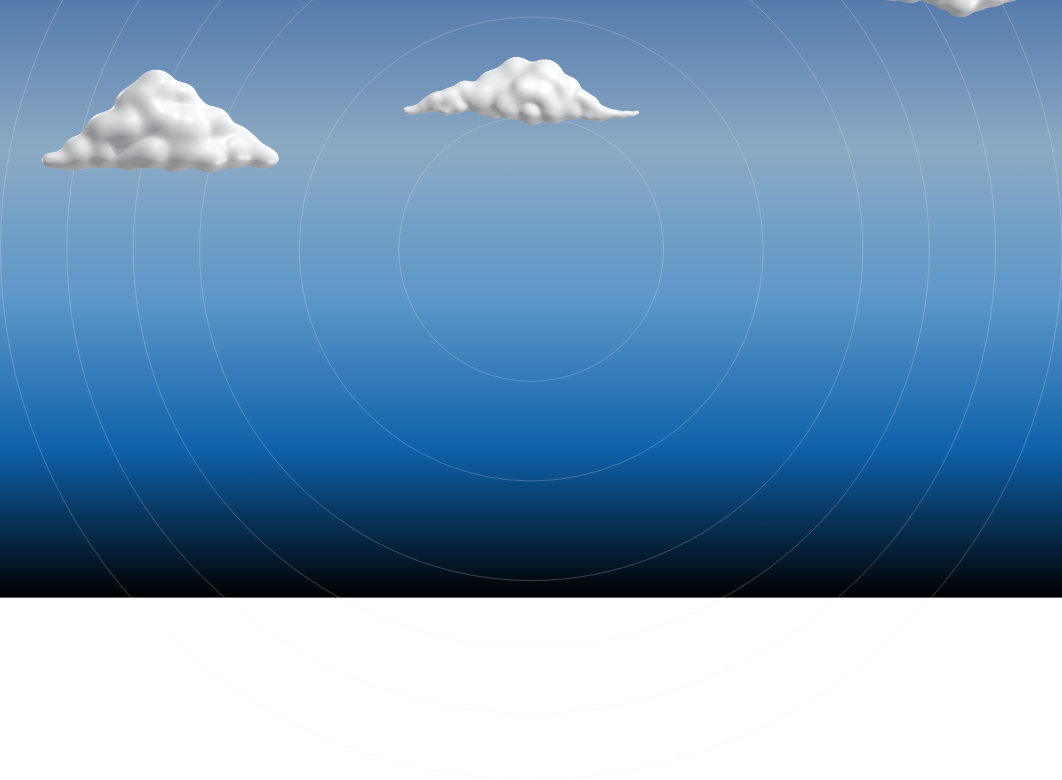
Repository: GG1627/2d-portfolio
Page: /
These files come from the project's save history. The page is drawn as it stood at one moment and after the next save; the edit follows.
The browser window is 1280 px wide. The pictures show the whole page, at 83% of full size.
The project was rebuilt for these pictures with package versions that can differ from the ones it lists, and the page was loaded fresh each time. The framework's server and built-in components were replaced by stand-ins that run in the browser. Also part of the build but not shown: next.config.ts.

Above is the page before, as saved 2025-01-07 15:26:04.

### app/page.tsx
import Image from "next/image";
import { Hero } from "./components/ui/Hero";

export default function Home() {
  return (
    <div>
      <Hero />
    </div>
  );
}

### app/components/ui/Hero.tsx
"use client";
import Image from "next/image";
import profilepic from "../assets/profilepic.png";
import { TypeAnimation } from "react-type-animation";
import React, { useRef } from "react";
import ParallaxClouds from "./Clouds";

export const Hero = () => {
  const parallaxRef = useRef<HTMLDivElement>(null); // Keeps it flexible

  return (
    <div
      style={{
        background:
          "linear-gradient(180deg, #557BAD, #8BAAC4, #5D97C9, #0F62AB, #000)",
      }}
      className="overflow-x-clip min-h-screen pt-12 flex items-center justify-center"
    >
      <ParallaxClouds />
    </div>
  );
};

### app/components/ui/Clouds.tsx
import React, { useEffect, useState } from "react";
import Cloud1 from "../../assets/cloud1.png";
import Cloud2 from "../../assets/cloud2.png";
import Cloud3 from "../../assets/cloud3.png";
import Cloud4 from "../../assets/cloud4.png";
import Cloud5 from "../../assets/cloud5.png";
import Image from "next/image";
import { Circles } from "./Circles";

const ParallaxClouds = () => {
  const [mousePosition, setMousePosition] = useState({ x: 0, y: 0 });
  const [cloudsPosition, setCloudsPosition] = useState({
    cloud1: { x: 0, y: 0 },
    cloud2: { x: 0, y: 0 },
    cloud3: { x: 0, y: 0 },
    cloud4: { x: 0, y: 0 },
    cloud5: { x: 0, y: 0 },
  });

  // Track mouse position
  const handleMouseMove = (e: MouseEvent) => {
    const { clientX, clientY } = e;
    setMousePosition({ x: clientX, y: clientY });
  };

  // Calculate cloud positions based on mouse position
  useEffect(() => {
    const updateCloudPositions = () => {
      setCloudsPosition({
        cloud1: {
          x: (mousePosition.x - window.innerWidth / 2) * 0.05,
          y: (mousePosition.y - window.innerHeight / 2) * 0.05,
        },
        cloud2: {
          x: (mousePosition.x - window.innerWidth / 2) * 0.1,
          y: (mousePosition.y - window.innerHeight / 2) * 0.1,
        },
        cloud3: {
          x: (mousePosition.x - window.innerWidth / 2) * 0.15,
          y: (mousePosition.y - window.innerHeight / 2) * 0.15,
        },
        cloud4: {
          x: (mousePosition.x - window.innerWidth / 2) * 0.2,
          y: (mousePosition.y - window.innerHeight / 2) * 0.2,
        },
        cloud5: {
          x: (mousePosition.x - window.innerWidth / 2) * 0.25,
          y: (mousePosition.y - window.innerHeight / 2) * 0.25,
        },
      });
    };

    updateCloudPositions();
  }, [mousePosition]); // Update whenever the mouse position changes

  // Add event listener for mouse movement
  useEffect(() => {
    window.addEventListener("mousemove", handleMouseMove);

    // Clean up the event listener
    return () => {
      window.removeEventListener("mousemove", handleMouseMove);
    };
  }, []);

  return (
    <div className="absolute top-[-45%] left-[50%] w-[78rem] -translate-x-1/2 aspect-square">
      <Circles />
      <Image
        src={Cloud1}
        alt="cloud 1"
        className="relative"
        style={{
          left: `calc(5% + ${cloudsPosition.cloud1.x}px)`,
          top: `calc(10% + ${cloudsPosition.cloud1.y}px)`,
          width: "250px", // Make the cloud smaller
          transition: "transform 0.1s ease-out",
        }}
      />
      <Image
        src={Cloud2}
        alt="cloud 2"
        className="absolute"
        style={{
          left: `calc(85% + ${cloudsPosition.cloud2.x}px)`,
          top: `calc(15% + ${cloudsPosition.cloud2.y}px)`,
          width: "250px", // Make the cloud smaller
          transition: "transform 0.1s ease-out",
        }}
      />
      <Image
        src={Cloud3}
        alt="cloud 3"
        className="absolute"
        style={{
          left: `calc(10% + ${cloudsPosition.cloud3.x}px)`,
          top: `calc(30% + ${cloudsPosition.cloud3.y}px)`,
          width: "300px", // Make the cloud smaller
          transition: "transform 0.1s ease-out",
        }}
      />
      <Image
        src={Cloud4}
        alt="cloud 4"
        className="absolute"
        style={{
          left: `calc(50% + ${cloudsPosition.cloud4.x}px)`,
          top: `calc(10% + ${cloudsPosition.cloud4.y}px)`,
          width: "300px", // Make the cloud smaller
          transition: "transform 0.1s ease-out",
        }}
      />
      <Image
        src={Cloud5}
        alt="cloud 5"
        className="absolute"
        style={{
          left: `calc(50% + ${cloudsPosition.cloud5.x}px)`,
          top: `calc(30% + ${cloudsPosition.cloud5.y}px)`,
          width: "300px", // Make the cloud smaller

          transition: "transform 0.1s ease-out",
        }}
      />
    </div>
  );
};

export default ParallaxClouds;

### app/components/ui/Circles.tsx
export const Circles = () => {
  return (
    <>
      <div className="aspect-square absolute opacity-30 top-1/2 left-1/2 w-[60rem] border rounded-full -translate-x-1/2 -translate-y-1/2"></div>
      <div className="aspect-square absolute opacity-30 top-1/2 left-1/2 w-[50rem] border rounded-full -translate-x-1/2 -translate-y-1/2"></div>
      <div className="aspect-square absolute opacity-30 top-1/2 left-1/2 w-[35rem] border rounded-full -translate-x-1/2 -translate-y-1/2"></div>
      <div className="aspect-square absolute opacity-30 top-1/2 left-1/2 w-[20rem] border rounded-full -translate-x-1/2 -translate-y-1/2"></div>
      <div className="aspect-square absolute opacity-30 top-1/2 left-1/2 w-[70rem] border rounded-full -translate-x-1/2 -translate-y-1/2"></div>
      <div className="aspect-square absolute opacity-30 top-1/2 left-1/2 w-[80rem] border rounded-full -translate-x-1/2 -translate-y-1/2"></div>
    </>
  );
};

Loaded but not shown: app/layout.tsx (common file); app/globals.css (common file); tailwind.config.ts (common file)

After the next save:
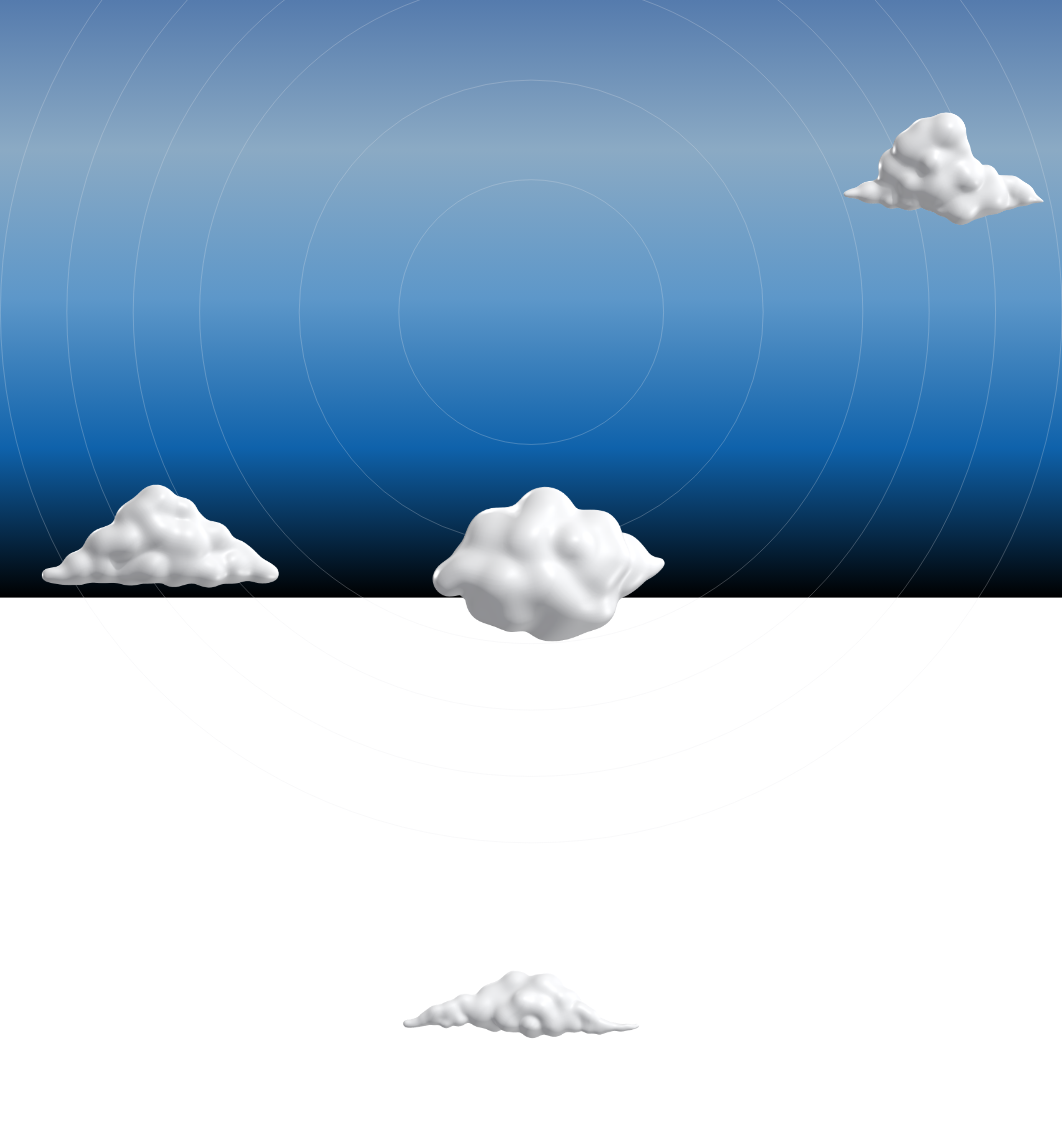
Saved 17 s later.
--- a/app/components/ui/Clouds.tsx
+++ b/app/components/ui/Clouds.tsx
@@ -80,7 +80,7 @@
       <Image
         src={Cloud2}
         alt="cloud 2"
-        className="absolute"
+        className="relative"
         style={{
           left: `calc(85% + ${cloudsPosition.cloud2.x}px)`,
           top: `calc(15% + ${cloudsPosition.cloud2.y}px)`,
@@ -91,7 +91,7 @@
       <Image
         src={Cloud3}
         alt="cloud 3"
-        className="absolute"
+        className="relative"
         style={{
           left: `calc(10% + ${cloudsPosition.cloud3.x}px)`,
           top: `calc(30% + ${cloudsPosition.cloud3.y}px)`,
@@ -102,7 +102,7 @@
       <Image
         src={Cloud4}
         alt="cloud 4"
-        className="absolute"
+        className="relative"
         style={{
           left: `calc(50% + ${cloudsPosition.cloud4.x}px)`,
           top: `calc(10% + ${cloudsPosition.cloud4.y}px)`,
@@ -113,7 +113,7 @@
       <Image
         src={Cloud5}
         alt="cloud 5"
-        className="absolute"
+        className="relative"
         style={{
           left: `calc(50% + ${cloudsPosition.cloud5.x}px)`,
           top: `calc(30% + ${cloudsPosition.cloud5.y}px)`,
